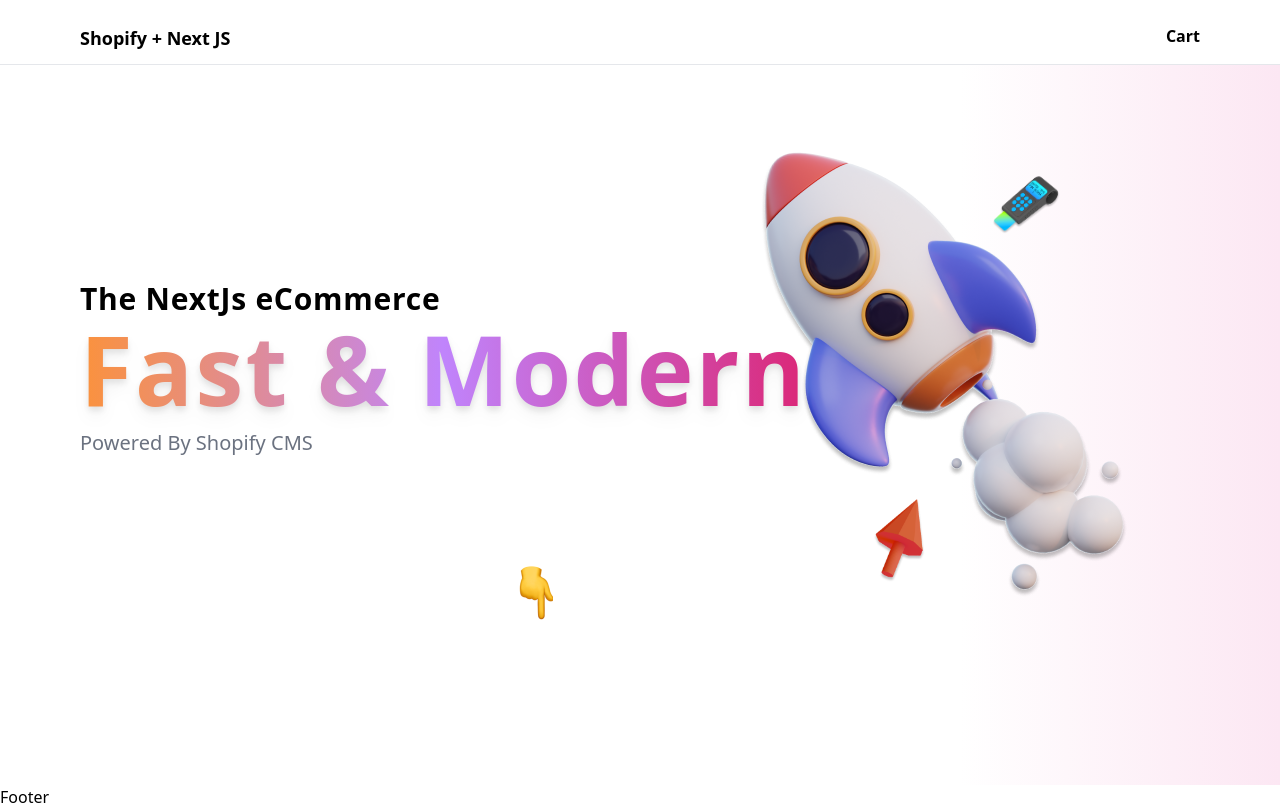
Repository: Krishna-bansall/store
Page: /
These files come from the project's save history. The page is drawn as it stood at one moment and after the next save; the edit follows.
The browser window is 1280 px wide. The pictures show the whole page.
The project was rebuilt for these pictures with package versions that can differ from the ones it lists, and the page was loaded fresh each time. The framework's server and built-in components were replaced by stand-ins that run in the browser. Also part of the build but not shown: next.config.js, utils/helpers.js, components/ProductCard.js, components/ProductList.js.

Above is the page before, as saved 2022-04-10 18:11:18.

After the next save:
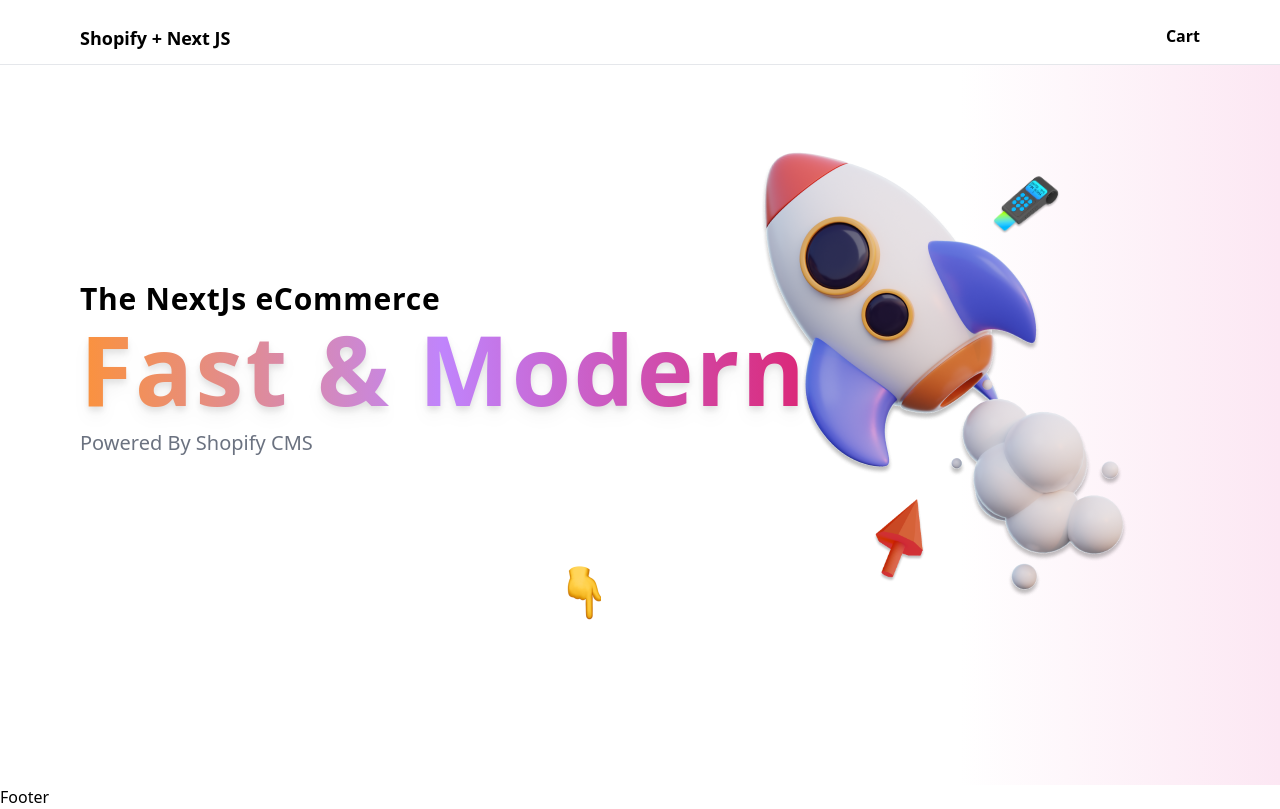
Saved 54 s later.
--- a/components/HeroSection.js
+++ b/components/HeroSection.js
@@ -57,7 +57,7 @@
           </div>
         </div>
         <div className="col-start-2 row-start-3 flex items-center justify-center md:col-start-1">
-          <div className="w-10 md:ml-4 lg:ml-40">
+          <div className="w-10 md:ml-4 lg:ml-64">
             <Image src={down} alt="down" />
           </div>
         </div>
